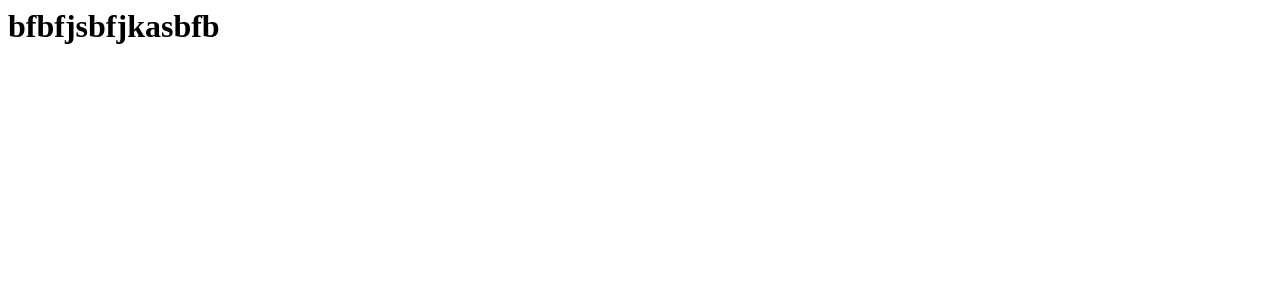
Repository: Sanket321321/function
Page: mnb.html
An editor plug-in stored every save of this project. The page is shown before and after the next save, followed by the edit.
The browser window is 1280 px wide. The pictures show the whole page.

Above is the page before, as saved 2022-12-02 08:56:49.

### mnb.html
<html lang="en">
<head>
    <meta charset="UTF-8">
    <meta http-equiv="X-UA-Compatible" content="IE=edge">
    <meta name="viewport" content="width=device-width, initial-scale=1.0">
    <title>Document</title>
</head>
<body>
    <h1>bfbfjsbfjkasbfb</h1>

</body>
</html>

After the next save:
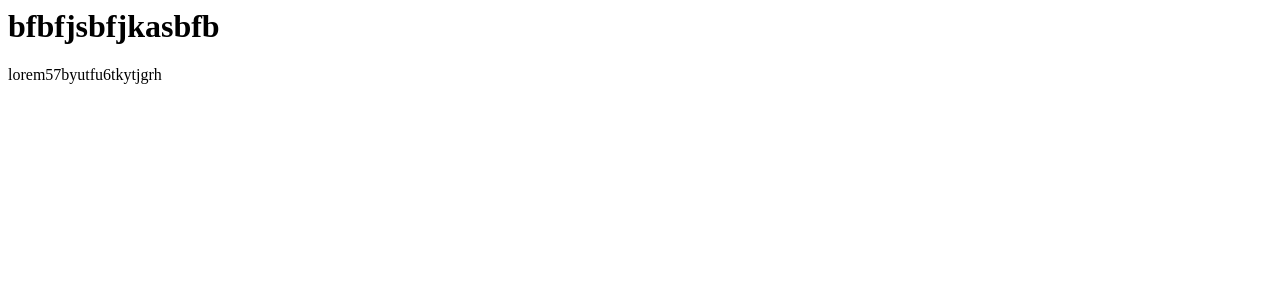
Saved 2 min 35 s later.
--- a/mnb.html
+++ b/mnb.html
@@ -7,6 +7,7 @@
 </head>
 <body>
     <h1>bfbfjsbfjkasbfb</h1>
+    <p>lorem57byutfu6tkytjgrh</p>
 
 </body>
 </html>
